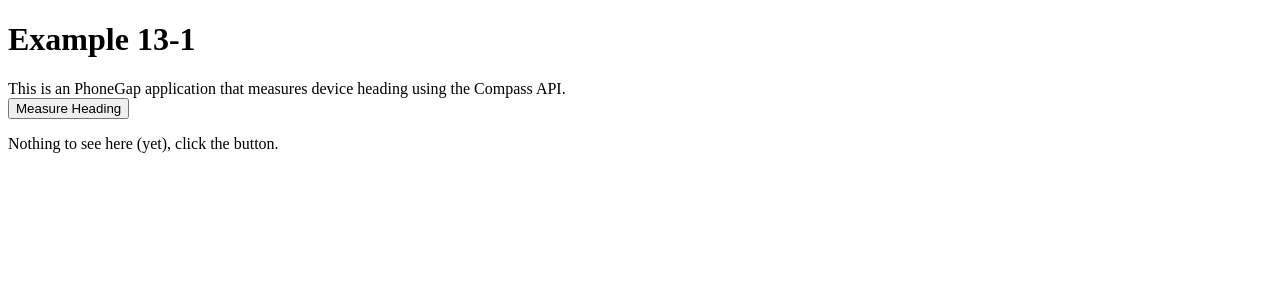
Repository: HILOLT/phonegap-demo
Page: Android/workspace/Compass/assets/www/index.html
These files come from the project's save history. The page is drawn as it stood at one moment and after the next save; the edit follows.
The browser window is 1280 px wide. The pictures show the whole page.

Above is the page before, as saved 2012-08-22 03:21:03.

### Android/workspace/Compass/assets/www/index.html
<!DOCTYPE html>
<html>
  <head>
    <title>Example Compass</title>
    <meta http-equiv="Content-type" content="text/html; charset=utf-8">
    <meta name="viewport" id="viewport" content="width=device-width, height=device-height, initial-scale=1.0, maximum-scale=1.0, user-scalable=no;" />
    <script type="text/javascript" charset="utf-8" src="cordova-2.0.0.js"></script>
    <script type="text/javascript" charset="utf-8">
      //Heading content
      var hc
      //PhoneGap Ready variable
      var pgr = false;
      //Has compass, assume true
      var hasCompass = true;

      function onBodyLoad() {
        //alert("onBodyLoad");
        document.addEventListener("deviceready", onDeviceReady, false);
      }

      function onDeviceReady() {
        //alert("onDeviceReady");
        //Get a handle we'll use to adjust the heading
        //content
        hc = document.getElementById('headingInfo');
        //Set the variable that lets other parts of the program
        //know that PhoneGap is initialized
        pgr = true;
      }

      function getHeading() {
        //alert("getHeading");
        if(pgr == true) {
          if(hasCompass == true) {
            //Clear the current heading content,
            //just in case it takes some time to get the reading
            hc.innerHTML = "Getting heading information from compass.";
            //get the current heading
            navigator.compass.getCurrentHeading(onHeadingSuccess, onHeadingError);
          } else {
            alert("No compass, please stop clicking the button.");
          }
        } else {
          alert("Please wait. PhoneGap is not ready.");
        }
      }

      function onHeadingSuccess(heading) {
        //alert("onHeadingSuccess");
        //We received something from the API, so...
        //first get the timestamp in a date object
        //so we can work with it
        var d = new Date(heading.timestamp);
        //Then replace the page's content with the
        //current acceleration retrieved from the API
        hc.innerHTML = "<b>Magnetic Heading:</b> " + heading.magneticHeading + "<br /><b>True Heading:</b> " + heading.trueHeading + "<br /><b>Heading Accuracy:</b> " + heading.headingAccuracy + "<br /><b>Timestamp:</b> " + d.toLocaleString();
      }

      function onHeadingError(compassError) {
        //alert("onHeadingFailure");
        if(compassError.code == CompassError.COMPASS_NOT_SUPPORTED) {
          hc.innerHTML = "Compass not available."
          alert("Compass not supported.");
          hasCompass == false;
        } else
        if(compassError.code == CompassError.COMPASS_INTERNAL_ERR) {
          alert("Compass Internal Error");
        } else {
          alert("Unknown heading error!");
        }
      }
    </script>
  </head>
  <body onload="onBodyLoad()">
    <h1>Example 13-1</h1>
    <p>
      This is an PhoneGap application that measures device heading using the Compass API.
      <br />
      <input type="button" value="Measure Heading" onclick="getHeading();">
    </p>
    <p id="headingInfo">
      Nothing to see here (yet), click the button.
    </p>
  </body>
</html>

Loaded but not shown: Android/workspace/Compass/assets/www/cordova-2.0.0.js (no copy from this time; the picture is the same without it)

After the next save:
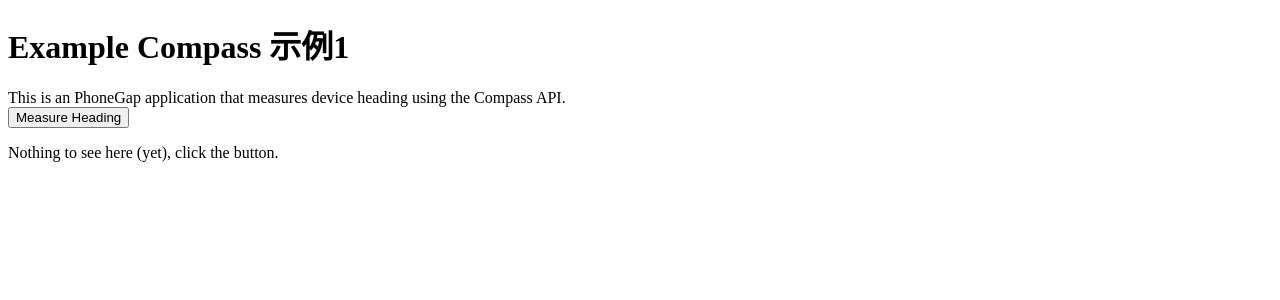
Saved 24 s later.
--- a/Android/workspace/Compass/assets/www/index.html
+++ b/Android/workspace/Compass/assets/www/index.html
@@ -72,7 +72,7 @@
     </script>
   </head>
   <body onload="onBodyLoad()">
-    <h1>Example 13-1</h1>
+    <h1>Example Compass 示例1</h1>
     <p>
       This is an PhoneGap application that measures device heading using the Compass API.
       <br />
